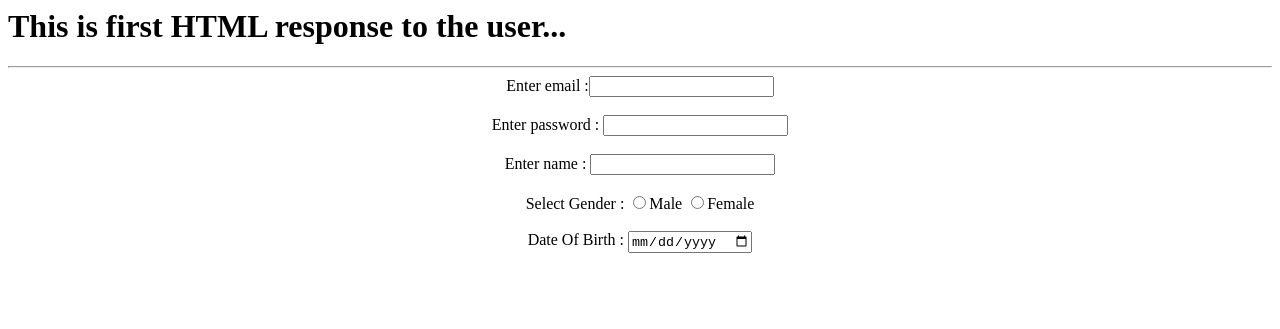
Repository: devandevare/Java
Page: http://localhost/first-web-app/sing-up
These files come from the project's save history. The page is drawn as it stood at one moment and after the next save; the edit follows.
The browser window is 1280 px wide. The pictures show the whole page.
The page is served by Tomcat 9.

Above is the page before, as saved 2022-09-25 08:00:01.

After the next save:
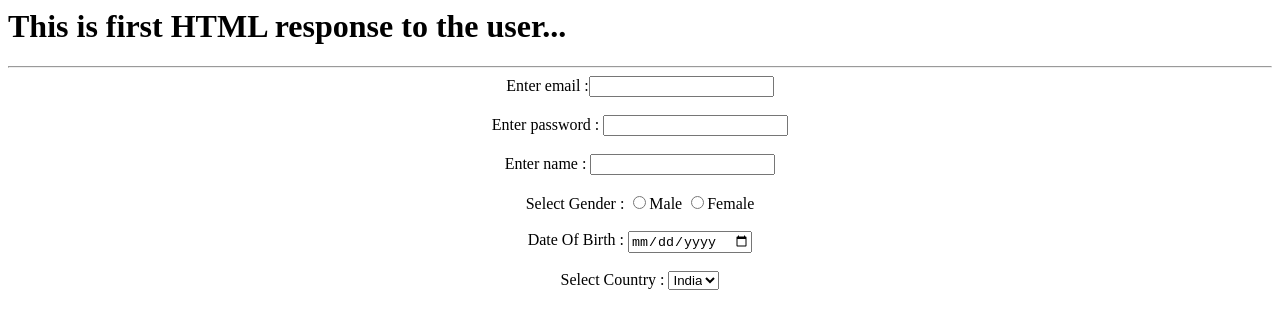
Saved 13 s later.
--- a/Adv Java/Projects/first-web-app/src/main/java/FirstServlet.java
+++ b/Adv Java/Projects/first-web-app/src/main/java/FirstServlet.java
@@ -40,7 +40,15 @@ public class FirstServlet extends HttpServlet {
 				+ "		<input type=\"date\" name=\"dob\" /> \r\n"
 				+ "		<br/>\r\n"
 				+ "		<br/>");
-		out.print("");
+		out.print("	<label>Select Country :</label>	\r\n"
+				+ "			<select name=\"country\">\r\n"
+				+ "			<option value=\"India\">India</option>\r\n"
+				+ "			<option value=\"UK\">UK</option>\r\n"
+				+ "			<option value=\"US\">Us</option>\r\n"
+				+ "			<option value=\"aus\">Aus</option>\r\n"
+				+ "			</select>\r\n"
+				+ "			<br/>\r\n"
+				+ "			<br/>");
 	}
 
 }
